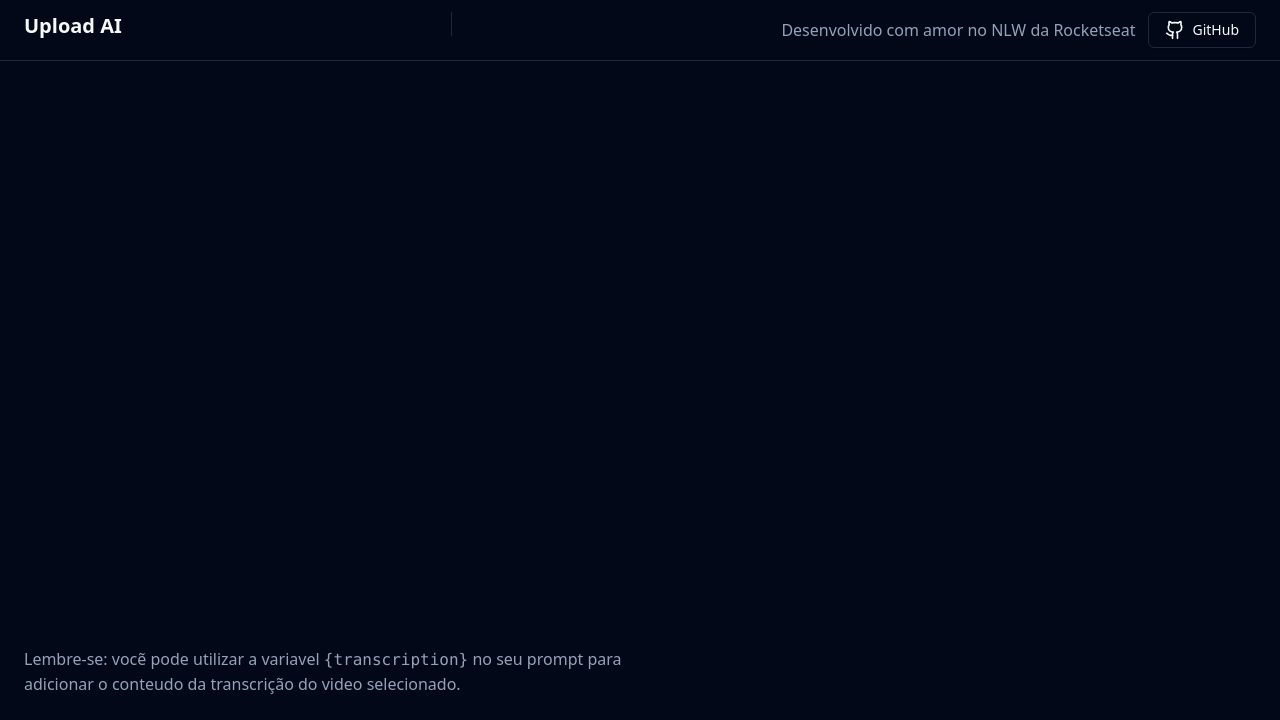
Repository: brksaian/nlw-2023-IA
Page: /
The author's editor kept a copy of each file at every save. The page is drawn from the files as they stood at one save, then again after the next save.
The browser window is 1280 px wide. The pictures show the whole page.
The project was rebuilt for these pictures with package versions that can differ from the ones it lists, and the page was loaded fresh each time. Also part of the build but not shown: vite.config.ts.

Above is the page before, as saved 2023-09-12 21:51:17.

### index.html
<!DOCTYPE html>
<html lang="en">
  <head>
    <meta charset="UTF-8" />
    <meta name="viewport" content="width=device-width, initial-scale=1.0" />
    <title>Upload AI</title>
  </head>
  <body>
    <div id="root"></div>
    <script type="module" src="/src/main.tsx"></script>
  </body>
</html>

### src/App.tsx
import { Button } from "./components/ui/button";
import { Github } from "lucide-react";
import { Separator } from "./components/ui/separator";

export function App() {
  return (
    <div className="min-h-screen flex flex-col">
      <div className="px-6 py-3 flex item-center justify-between border-b">
        <h1 className="text-xl font-bold">Upload AI</h1>

        <Separator orientation="vertical" className="h-6" />

        <div className="flex items-center gap-3">
          <span className="text-small text-muted-foreground">
            Desenvolvido com amor no NLW da Rocketseat
          </span>
          <Button variant="outline">
            <Github className="w-5 h-5 mr-2" />
            GitHub
          </Button>
        </div>
      </div>
      <main className="flex-1 p-6 flex gap-6">
        <div className="flex flex-col gap-6 w-1/2">
          <div className="grid grid-rows-2 gap-4 flex-1"></div>
          <p className="text-sn text-muted-foreground">
            Lembre-se: vocẽ pode utilizar a variavel{" "}
            <code className="font-violet-400">{"{transcription}"}</code> no seu
            prompt para adicionar o conteudo da transcrição do video
            selecionado.
          </p>
        </div>
        <aside className="w-80"></aside>
      </main>
    </div>
  );
}

### src/index.css
@tailwind base;
@tailwind components;
@tailwind utilities;

@layer base {
  :root {
    --background: 222.2 84% 4.9%;
    --foreground: 210 40% 98%;
    --card: 222.2 84% 4.9%;
    --card-foreground: 210 40% 98%;
    --popover: 222.2 84% 4.9%;
    --popover-foreground: 210 40% 98%;
    --primary: 217.2 91.2% 59.8%;
    --primary-foreground: 222.2 47.4% 11.2%;
    --secondary: 217.2 32.6% 17.5%;
    --secondary-foreground: 210 40% 98%;
    --muted: 217.2 32.6% 17.5%;
    --muted-foreground: 215 20.2% 65.1%;
    --accent: 217.2 32.6% 17.5%;
    --accent-foreground: 210 40% 98%;
    --destructive: 0 62.8% 30.6%;
    --destructive-foreground: 210 40% 98%;
    --border: 217.2 32.6% 17.5%;
    --input: 217.2 32.6% 17.5%;
    --ring: 224.3 76.3% 48%;

    --radius: 0.5rem;
  }
}

@layer base {
  * {
    @apply border-border;
  }
  body {
    @apply bg-background text-foreground;
  }
}

### src/components/ui/button.tsx
import * as React from "react"
import { Slot } from "@radix-ui/react-slot"
import { cva, type VariantProps } from "class-variance-authority"

import { cn } from "@/lib/utils"

const buttonVariants = cva(
  "inline-flex items-center justify-center rounded-md text-sm font-medium transition-colors focus-visible:outline-none focus-visible:ring-1 focus-visible:ring-ring disabled:pointer-events-none disabled:opacity-50",
  {
    variants: {
      variant: {
        default:
          "bg-primary text-primary-foreground shadow hover:bg-primary/90",
        destructive:
          "bg-destructive text-destructive-foreground shadow-sm hover:bg-destructive/90",
        outline:
          "border border-input bg-transparent shadow-sm hover:bg-accent hover:text-accent-foreground",
        secondary:
          "bg-secondary text-secondary-foreground shadow-sm hover:bg-secondary/80",
        ghost: "hover:bg-accent hover:text-accent-foreground",
        link: "text-primary underline-offset-4 hover:underline",
      },
      size: {
        default: "h-9 px-4 py-2",
        sm: "h-8 rounded-md px-3 text-xs",
        lg: "h-10 rounded-md px-8",
        icon: "h-9 w-9",
      },
    },
    defaultVariants: {
      variant: "default",
      size: "default",
    },
  }
)

export interface ButtonProps
  extends React.ButtonHTMLAttributes<HTMLButtonElement>,
    VariantProps<typeof buttonVariants> {
  asChild?: boolean
}

const Button = React.forwardRef<HTMLButtonElement, ButtonProps>(
  ({ className, variant, size, asChild = false, ...props }, ref) => {
    const Comp = asChild ? Slot : "button"
    return (
      <Comp
        className={cn(buttonVariants({ variant, size, className }))}
        ref={ref}
        {...props}
      />
    )
  }
)
Button.displayName = "Button"

export { Button, buttonVariants }

### src/components/ui/separator.tsx
import * as React from "react"
import * as SeparatorPrimitive from "@radix-ui/react-separator"

import { cn } from "@/lib/utils"

const Separator = React.forwardRef<
  React.ElementRef<typeof SeparatorPrimitive.Root>,
  React.ComponentPropsWithoutRef<typeof SeparatorPrimitive.Root>
>(
  (
    { className, orientation = "horizontal", decorative = true, ...props },
    ref
  ) => (
    <SeparatorPrimitive.Root
      ref={ref}
      decorative={decorative}
      orientation={orientation}
      className={cn(
        "shrink-0 bg-border",
        orientation === "horizontal" ? "h-[1px] w-full" : "h-full w-[1px]",
        className
      )}
      {...props}
    />
  )
)
Separator.displayName = SeparatorPrimitive.Root.displayName

export { Separator }

Loaded but not shown: src/main.tsx (common file); src/lib/utils.ts (common file); tailwind.config.js (common file)

After the next save:
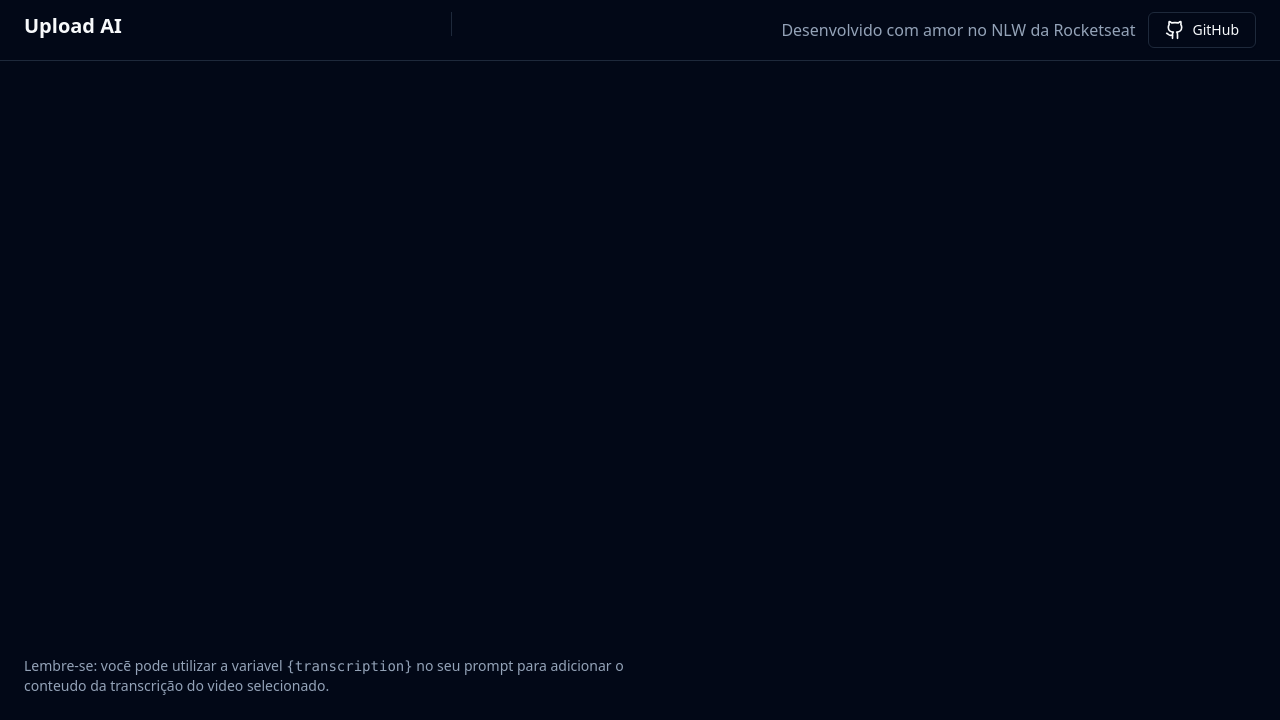
Saved 53 s later.
--- a/src/App.tsx
+++ b/src/App.tsx
@@ -23,7 +23,7 @@ export function App() {
       <main className="flex-1 p-6 flex gap-6">
         <div className="flex flex-col gap-6 w-1/2">
           <div className="grid grid-rows-2 gap-4 flex-1"></div>
-          <p className="text-sn text-muted-foreground">
+          <p className="text-sm text-muted-foreground">
             Lembre-se: vocẽ pode utilizar a variavel{" "}
             <code className="font-violet-400">{"{transcription}"}</code> no seu
             prompt para adicionar o conteudo da transcrição do video
